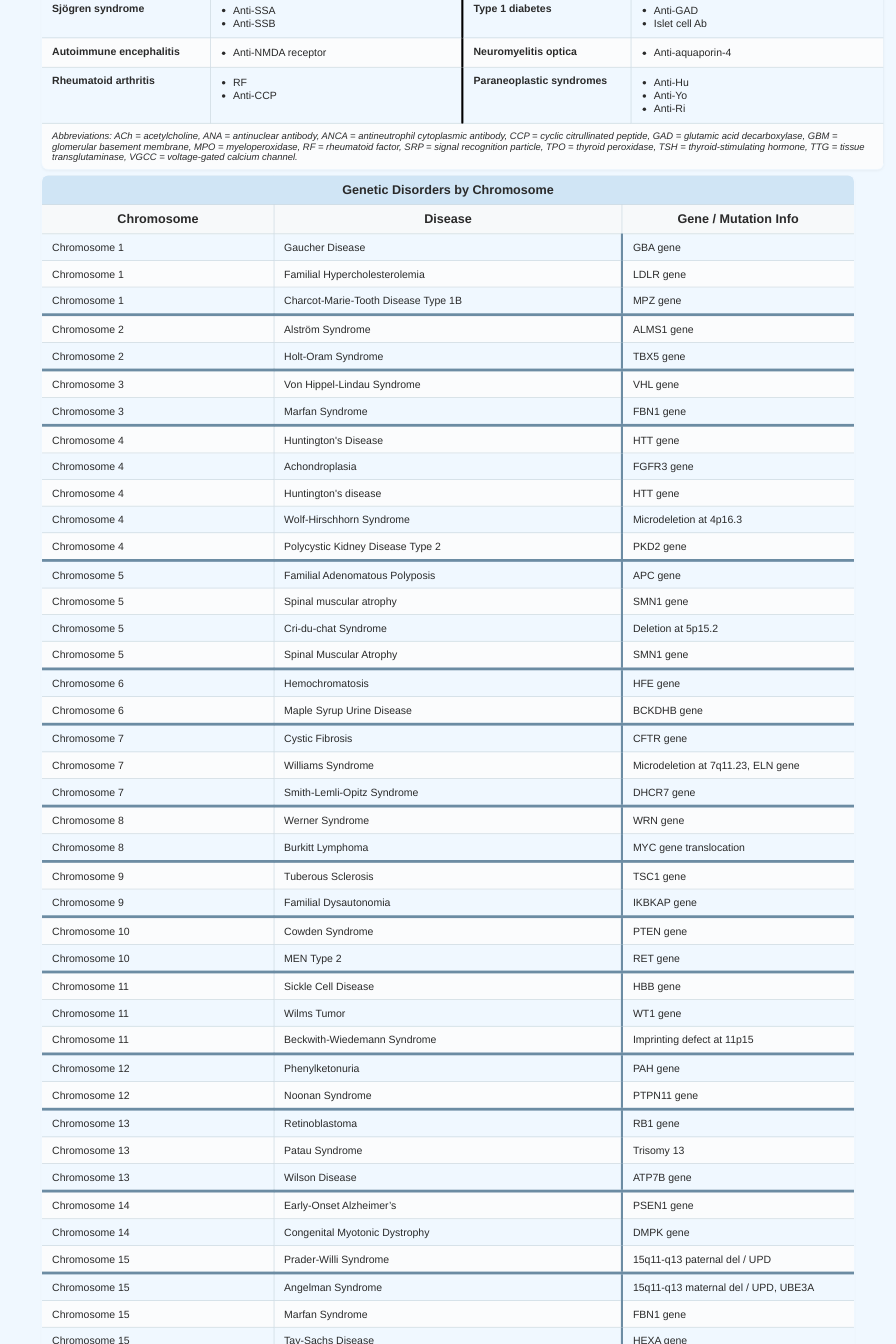
Repository: sharperdragon/STEVEL-1-Summaries
Page: subdex/chromosomes.html
These files come from the project's save history. The page is drawn as it stood at one moment and after the next save; the edit follows.
The browser window is 1280 px wide. The pictures show the part of the page from y = 672 to 2592 px (the page is 6511 px tall before and 5231 px after), at 70% of full size.

Above is the page before, as saved 2025-05-19 07:20:44.

After the next save:
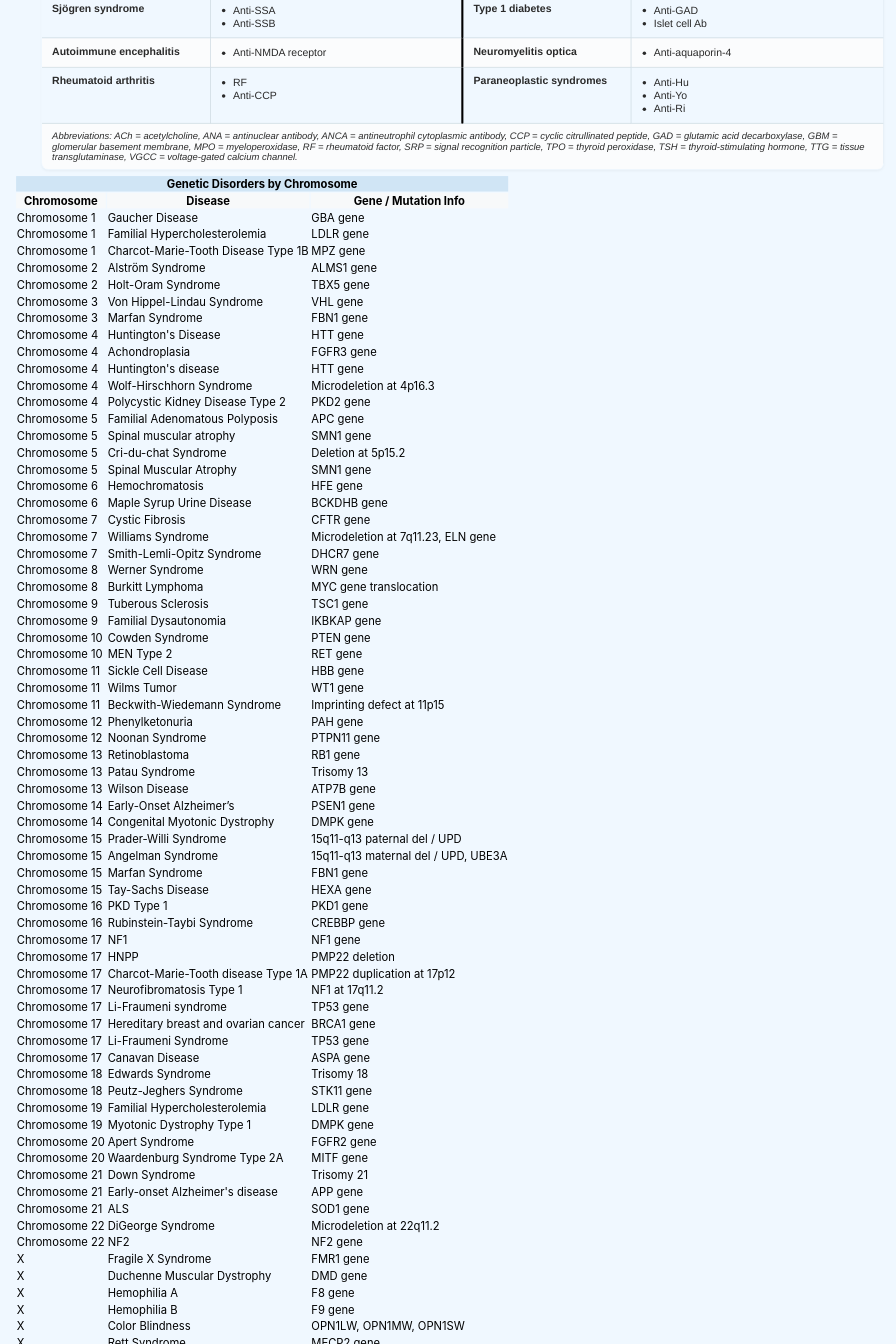
Saved 5 h 41 min later.
--- a/subdex/chromosomes.html
+++ b/subdex/chromosomes.html
@@ -121,7 +121,7 @@
 </div>
 
 <div class="table-container">
-  <table class="autoantibody-table">
+  <table class="chromosome-table">
     <thead>
       <tr>
         <th colspan="3" style="text-align: center; background-color: #d0e5f5;">
